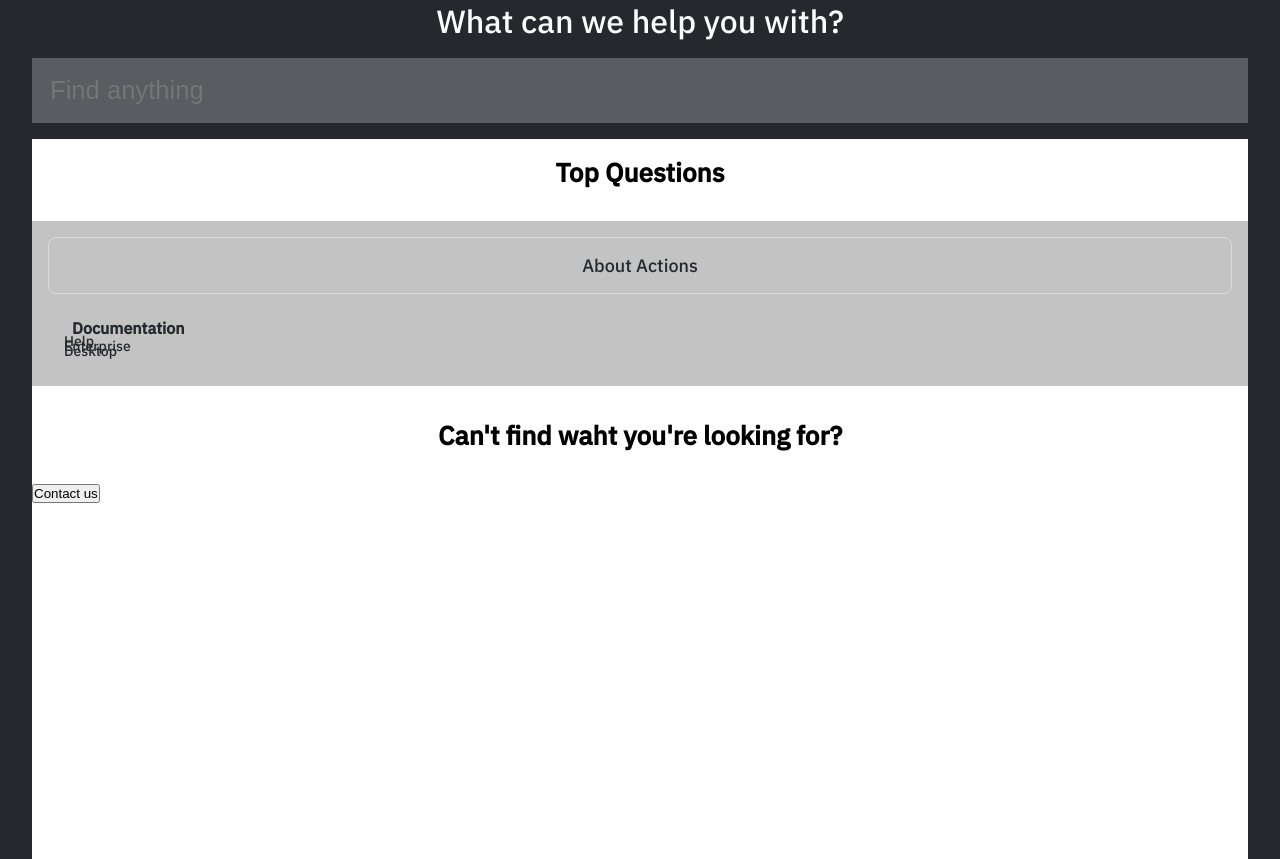
Repository: Hcmwebs/Help-Center-UI-
Page: index.html
The author's editor kept a copy of each file at every save. The page is drawn from the files as they stood at one save, then again after the next save.
The browser window is 1280 px wide. The pictures show the whole page.
The style sheet was rebuilt from its Sass, Less or Tailwind sources for each picture, by a compiler version that may differ from the author's.

Above is the page before, as saved 2020-08-25 23:46:22.

### index.html
<!DOCTYPE html>
<html lang="en">
<head>
    <meta charset="UTF-8">
    <meta name="viewport" content="width=device-width, initial-scale=1.0">
    <link rel="stylesheet" href="css/styles.min.css">
    <title>Help Center</title>
</head>
<body>
    <div class="container">
        <header>
            <h1>What can we help  you with?</h1>
            <input type="search"
            id="search"
            placeholder="Find anything">
        </header>


        <!-- *******card****** -->
        <div class="card">
            <!--****card-header**** -->
            <h2> Top Questions</h2>

            <!--****card-body**** -->

            <div class="card-item">
                <div class="card-item-head">
                    <h3>About Actions</h3>
                </div>
                <div class="card-item-body">
                    <h4>documentation</h4>
                    <ul>
                        <li>Help</li>
                        <li>Enterprise</li>
                        <li>Desktop</li>
                    </ul>
                </div>
            </div>


            <!--****card--footer**** -->
            <div class="card-footer">
                <h2>Can't find waht you're looking for? </h2>
                <button class="btn-primary">Contact us</button>
            </div>

        </div>
    </div>
</body>
</html>

### scss/styles.scss
@import url('https://fonts.googleapis.com/css2?family=IBM+Plex+Sans:wght@300;500&display=swap');
$font-stack:'IBM Plex Sans', sans-serif;
$bg-color:rgba(37,41,46,1.0);
$primary-color:rgba(255,255,255,0.99);
$border-color:rgba(218,218,218,1);

*{
    margin: 0;
    padding: 0;
    box-sizing: border-box;
}

body{
    font-family: $font-stack;
    font-size: 10px;
    background-color:$bg-color;
    display: grid;
    place-items: center;
    height: 100vh;
    width: 100%;
}

.container{
    width: 100%;
    padding: 0 2rem ;
    background-color:$bg-color;

}
header{
    text-align: center;
    margin-bottom: 1rem;


    h1{
        font-size: 32px;
        font-weight: 500;
        margin-bottom: 1rem;
        color: $primary-color;
    }
    input{
        font-size: 1.6rem;
        width: 100%;
        padding: 1rem;
        color:$primary-color;
        background-color:rgba(255,255,255,0.24);
        border: 2px solid transparent;
        transition: all 0.75s ease-in;
    }
    input:hover{
        border-color: $border-color;
    }

}
.card{
    width: 100%;
    height: 100vh;
    background-color: #fff;

    h2{
        text-align: center;
        font-size: 26px;
        margin: 1rem 0;
        padding: 1rem;
    }

    &-item{
        width: 100%;
        text-align: center;
        display: grid;
        grid-template-columns: 1fr;
        gap: 0.5rem;
        padding: 1rem;
        background-color:#c3c3c3;


        &-head{
            padding: 1rem;
            border: 1px solid $border-color;
            border-radius: 0.5rem;


            h3{
                font-size: 18px;
                font-weight: normal;
                text-align: center;
                color: $bg-color;
            }
        }

        &-body{
            text-align: justify;
            padding: 1rem;
            line-height: 5px;

            h4{
                font-size: 16px;
                font-weight: bold;
                text-transform: capitalize;
                color: $bg-color;
                padding: 0.5rem;
            }

            ul{
                list-style: none;
                margin: 0;
                padding: 0;


                li{
                    font-size: 14px;
                    font-weight: normal;
                    color: $bg-color;



                }
            }


        }
    }
}

After the next save:
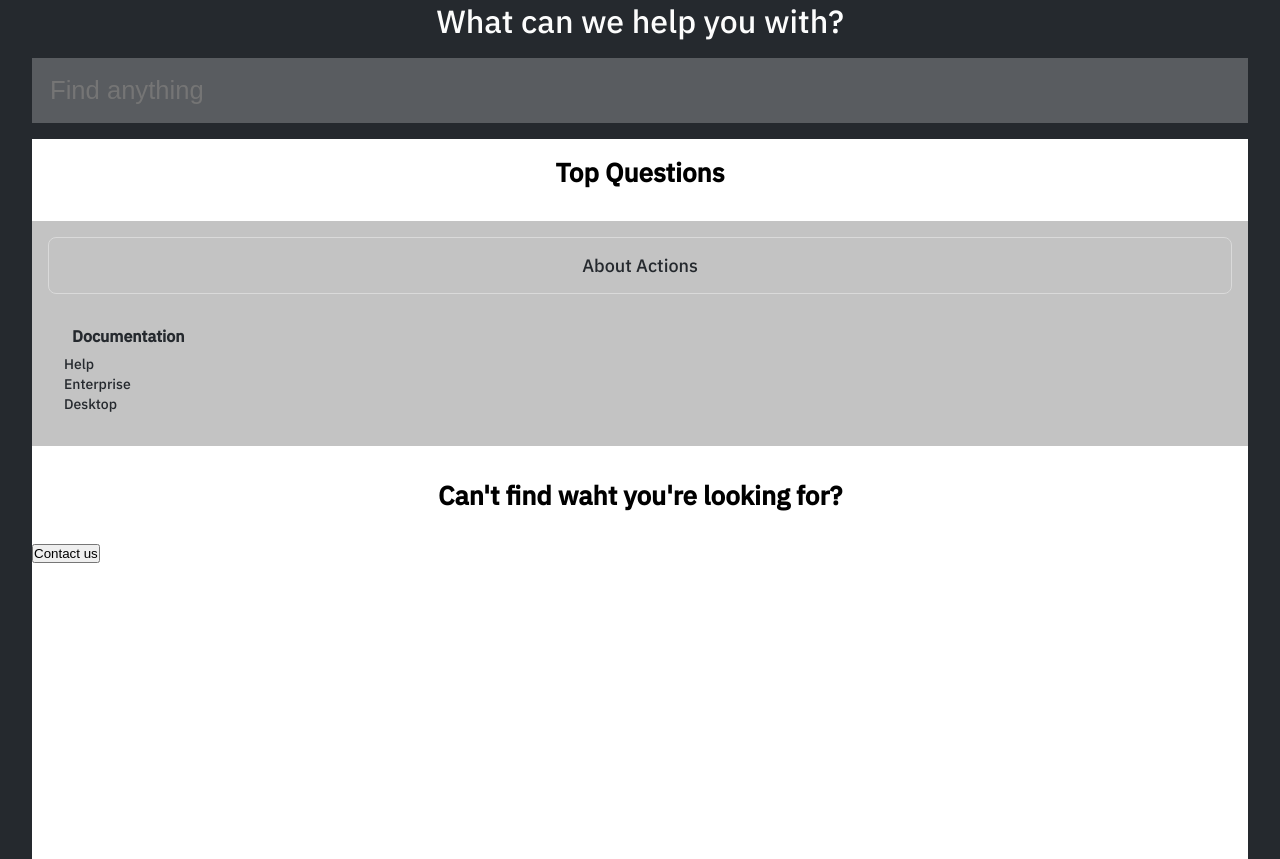
Saved 8 s later.
--- a/scss/styles.scss
+++ b/scss/styles.scss
@@ -90,7 +90,7 @@ header{
         &-body{
             text-align: justify;
             padding: 1rem;
-            line-height: 5px;
+            line-height: 20px;
 
             h4{
                 font-size: 16px;
